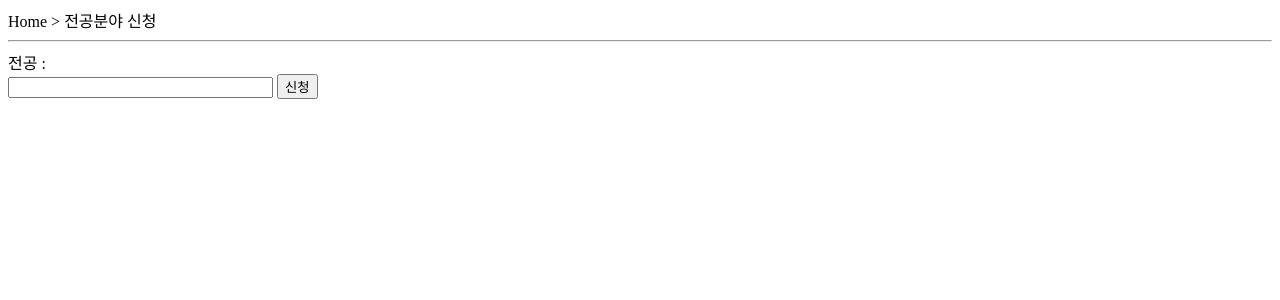
Repository: parkgyutaee/My_JAVA_Project
Page: http://localhost/JSPStudy/data_input_check.jsp
The author's editor kept a copy of each file at every save. The page is drawn from the files as they stood at one save, then again after the next save.
The browser window is 1280 px wide. The pictures show the whole page.
The page is served by Tomcat 10. Other server files are loaded and not shown.

Above is the page before, as saved 2025-07-10 06:26:38.

### Workspace/JSPStudy/src/main/webapp/data_input_check.jsp
<%@ page language="java" contentType="text/html; charset=UTF-8"
    pageEncoding="UTF-8"%>
<!DOCTYPE html>
<html>
<head>
<meta charset="UTF-8">
<title>데이터 입력 유무 체크</title>
<script type="text/javascript">
	function checkFun() {
		if (document.deptForm.dept.value == "") {
			alert("신청할 전공 분야를 입력해주세요.");
			document.deptForm.dept.select();
		}
	}
</script>
</head>
<body>
	Home > 전공분야 신청
	<hr>
	<form action="#" name = "deptForm">
		전공 : <br>
		<input type = "text" name = "dept" size = "30">
		<input type = "submit" value = "신청" onclick = "checkFun()">

	</form>
</body>
</html>

After the next save:
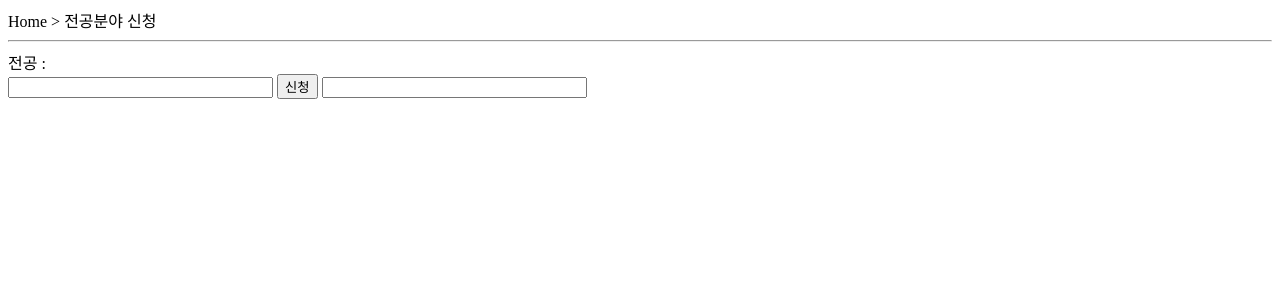
Saved 75 s later.
--- a/Workspace/JSPStudy/src/main/webapp/data_input_check.jsp
+++ b/Workspace/JSPStudy/src/main/webapp/data_input_check.jsp
@@ -21,7 +21,7 @@
 		전공 : <br>
 		<input type = "text" name = "dept" size = "30">
 		<input type = "submit" value = "신청" onclick = "checkFun()">
-
+	<input type = "text" name = "dept" size = "30">
 	</form>
 </body>
 </html>

After the save that followed:
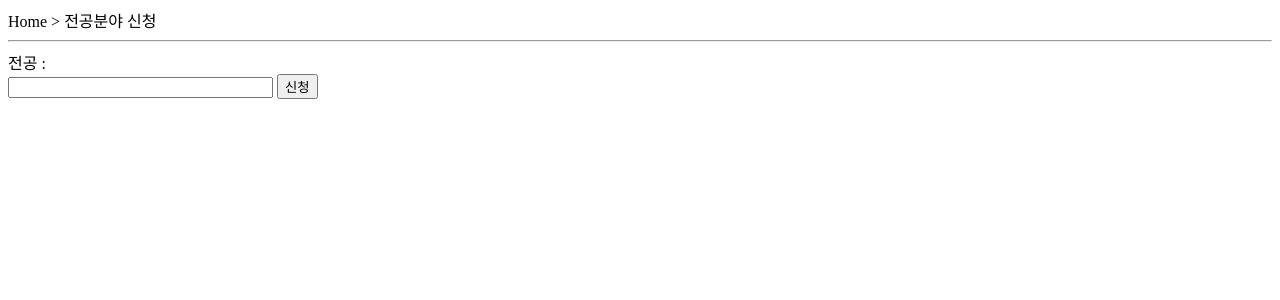
Saved 21 s later.
--- a/Workspace/JSPStudy/src/main/webapp/data_input_check.jsp
+++ b/Workspace/JSPStudy/src/main/webapp/data_input_check.jsp
@@ -21,7 +21,6 @@
 		전공 : <br>
 		<input type = "text" name = "dept" size = "30">
 		<input type = "submit" value = "신청" onclick = "checkFun()">
-	<input type = "text" name = "dept" size = "30">
 	</form>
 </body>
 </html>
